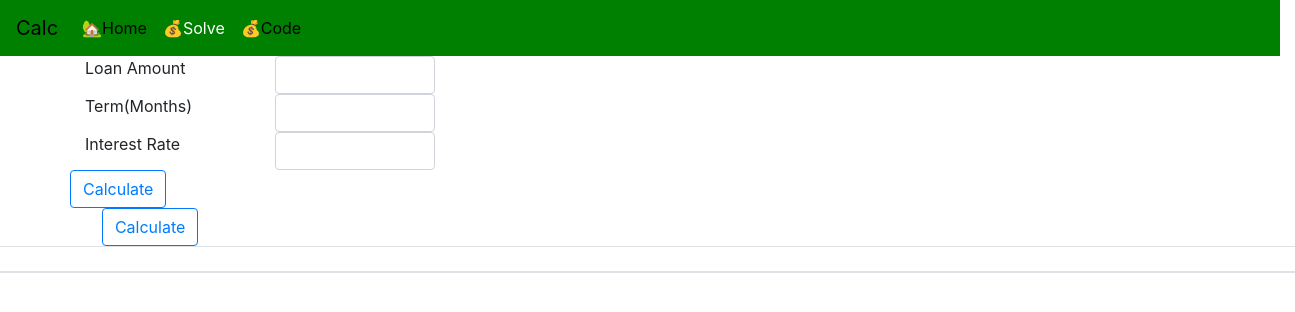
Repository: zhadjah9559/MortgageManager
Page: solve.html
An editor plug-in stored every save of this project. The page is shown before and after the next save, followed by the edit.
The browser window is 1280 px wide. The page is 1295 px wide, so the pictures cover 1295 px, including what lies to the right of the window. The pictures show the whole page.

Above is the page before, as saved 2021-01-15 16:53:15.

### solve.html
<!doctype html>
<html lang="en">
  <head>
    <title>Mortgage Loan Calculator</title>
    <!-- Required meta tags -->
    <meta charset="utf-8">
    <meta name="viewport" content="width=device-width, initial-scale=1, shrink-to-fit=no">

    <!-- Bootstrap CSS -->
    <link rel="stylesheet" href="https://stackpath.bootstrapcdn.com/bootstrap/4.3.1/css/bootstrap.min.css" integrity="sha384-ggOyR0iXCbMQv3Xipma34MD+dH/1fQ784/j6cY/iJTQUOhcWr7x9JvoRxT2MZw1T" crossorigin="anonymous">
    <link rel="stylesheet" href="css/custom.css">
    <link rel="stylesheet" href="css/prism.css">
  </head>
  <body>

    <nav class="navbar navbar-expand-sm navbar-dark" style="background-color: green;">
        <a class="navbar-brand" href="#">Calc</a>
        <button class="navbar-toggler d-lg-none" type="button" data-toggle="collapse" data-target="#collapsibleNavId" aria-controls="collapsibleNavId"
            aria-expanded="false" aria-label="Toggle navigation"></button>
        <div class="collapse navbar-collapse" id="collapsibleNavId">
            <ul class="navbar-nav mr-auto mt-2 mt-lg-0">
                <li class="nav-item ">
                    <a class="nav-link" href="index.html">🏡Home </a>
                </li>
                <li class="nav-item active">
                    <a class="nav-link" href="solve.html">💰Solve <span class="sr-only">(current)</span></a>
                </li>
                <li class="nav-item">
                    <a class="nav-link" href="code.html">💰Code</a>
                </li>
            </ul>
        </div>
    </nav>

    <div class="container">

        <div class="row">
            <div class="col-2">
                <label for="Loan Amount">Loan Amount</label>
            </div>
            <div class="col-2">
                <input type="number" class="form-control" id="loanAmount">
            </div>
        </div>

        <div class="row">
            <div class="col-2">
                <label for="Term">Term(Months)</label>
            </div>
            <div class="col-2">
                <input type="number" class="form-control" id="months">
            </div>
        </div>

        <div class="row">
            <div class="col-2">
                <label for="Interest Rate">Interest Rate</label>
            </div>
            <div class="col-2">
                <input type="number" class="form-control" id="interestRate">
            </div>
        </div>

        <div class="row">
            <button class="btn btn-outline-primary" type="submit" onclick="calculateLoan()">Calculate</button>

        </div>

    </div>
                <!--Label Columns-->
                <div class="col-2 text-right">
                </div>

                <!--Label Inputs-->
                <div class="col-2 text-right">
                    <button class="btn btn-outline-primary" type="submit" onclick="calculateLoan()">Calculate</button>
                </div>



            <!--Display output column-->
            <div class="col-md">

            </div>


        <div class="row">
            <table class="table table-striped">
                <thead>
                    <tr>
                        <th></th>
                        <th></th>
                        <th></th>
                        <th></th>
                        <th></th>
                        <th></th>
                    </tr>
                </thead>
                <tbody id="tBody">

                </tbody>
            </table>
        </div>
    </div>

    <!-- Optional JavaScript -->
    <!-- jQuery first, then Popper.js, then Bootstrap JS -->
    <script src="https://code.jquery.com/jquery-3.3.1.slim.min.js" integrity="sha384-q8i/X+965DzO0rT7abK41JStQIAqVgRVzpbzo5smXKp4YfRvH+8abtTE1Pi6jizo" crossorigin="anonymous"></script>
    <script src="https://cdnjs.cloudflare.com/ajax/libs/popper.js/1.14.7/umd/popper.min.js" integrity="sha384-UO2eT0CpHqdSJQ6hJty5KVphtPhzWj9WO1clHTMGa3JDZwrnQq4sF86dIHNDz0W1" crossorigin="anonymous"></script>
    <script src="https://stackpath.bootstrapcdn.com/bootstrap/4.3.1/js/bootstrap.min.js" integrity="sha384-JjSmVgyd0p3pXB1rRibZUAYoIIy6OrQ6VrjIEaFf/nJGzIxFDsf4x0xIM+B07jRM" crossorigin="anonymous"></script>
    <script src="js/custom.js"></script>
    <script src="js/prism.js"></script>
  </body>
</html>

### css/custom.css
.navbar-dark .navbar-nav .active>.nav-link{
    color:white;
}
.navbar-dark .navbar-nav .nav-link{
    color:black;
}
.navbar .navbar-brand{
    color:black;
}

### css/prism.css
/* PrismJS 1.23.0
https://prismjs.com/download.html#themes=prism-okaidia&languages=markup+css+clike+javascript&plugins=normalize-whitespace */
/**
 * okaidia theme for JavaScript, CSS and HTML
 * Loosely based on Monokai textmate theme by http://www.monokai.nl/
 * @author ocodia
 */

code[class*="language-"],
pre[class*="language-"] {
	color: #f8f8f2;
	background: none;
	text-shadow: 0 1px rgba(0, 0, 0, 0.3);
	font-family: Consolas, Monaco, 'Andale Mono', 'Ubuntu Mono', monospace;
	font-size: 1em;
	text-align: left;
	white-space: pre;
	word-spacing: normal;
	word-break: normal;
	word-wrap: normal;
	line-height: 1.5;

	-moz-tab-size: 4;
	-o-tab-size: 4;
	tab-size: 4;

	-webkit-hyphens: none;
	-moz-hyphens: none;
	-ms-hyphens: none;
	hyphens: none;
}

/* Code blocks */
pre[class*="language-"] {
	padding: 1em;
	margin: .5em 0;
	overflow: auto;
	border-radius: 0.3em;
}

:not(pre) > code[class*="language-"],
pre[class*="language-"] {
	background: #272822;
}

/* Inline code */
:not(pre) > code[class*="language-"] {
	padding: .1em;
	border-radius: .3em;
	white-space: normal;
}

.token.comment,
.token.prolog,
.token.doctype,
.token.cdata {
	color: #8292a2;
}

.token.punctuation {
	color: #f8f8f2;
}

.token.namespace {
	opacity: .7;
}

.token.property,
.token.tag,
.token.constant,
.token.symbol,
.token.deleted {
	color: #f92672;
}

.token.boolean,
.token.number {
	color: #ae81ff;
}

.token.selector,
.token.attr-name,
.token.string,
.token.char,
.token.builtin,
.token.inserted {
	color: #a6e22e;
}

.token.operator,
.token.entity,
.token.url,
.language-css .token.string,
.style .token.string,
.token.variable {
	color: #f8f8f2;
}

.token.atrule,
.token.attr-value,
.token.function,
.token.class-name {
	color: #e6db74;
}

.token.keyword {
	color: #66d9ef;
}

.token.regex,
.token.important {
	color: #fd971f;
}

.token.important,
.token.bold {
	font-weight: bold;
}
.token.italic {
	font-style: italic;
}

.token.entity {
	cursor: help;
}

### js/custom.js
function calculateLoan(){
    let loanAmount = parseInt( document.getElementById("loanAmount").value )
    let months = parseInt( document.getElementById("months").value )
    //DONT FORGET TO CONVERT THIS TO A PERCENTAGE
    let interestRate = parseInt( document.getElementById("interestRate").value )

    //input validation to make sure interest is solid number
    if(interestRate >= 100){

    }


}

Loaded but not shown: js/prism.js (library)

After the next save:
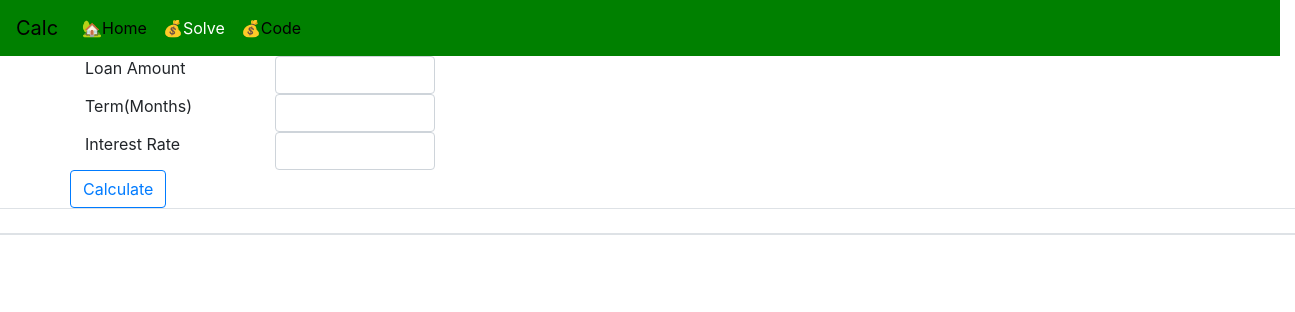
Saved 10 s later.
--- a/solve.html
+++ b/solve.html
@@ -67,14 +67,7 @@
         </div>
 
     </div>
-                <!--Label Columns-->
-                <div class="col-2 text-right">
-                </div>
 
-                <!--Label Inputs-->
-                <div class="col-2 text-right">
-                    <button class="btn btn-outline-primary" type="submit" onclick="calculateLoan()">Calculate</button>
-                </div>
 
 
 
